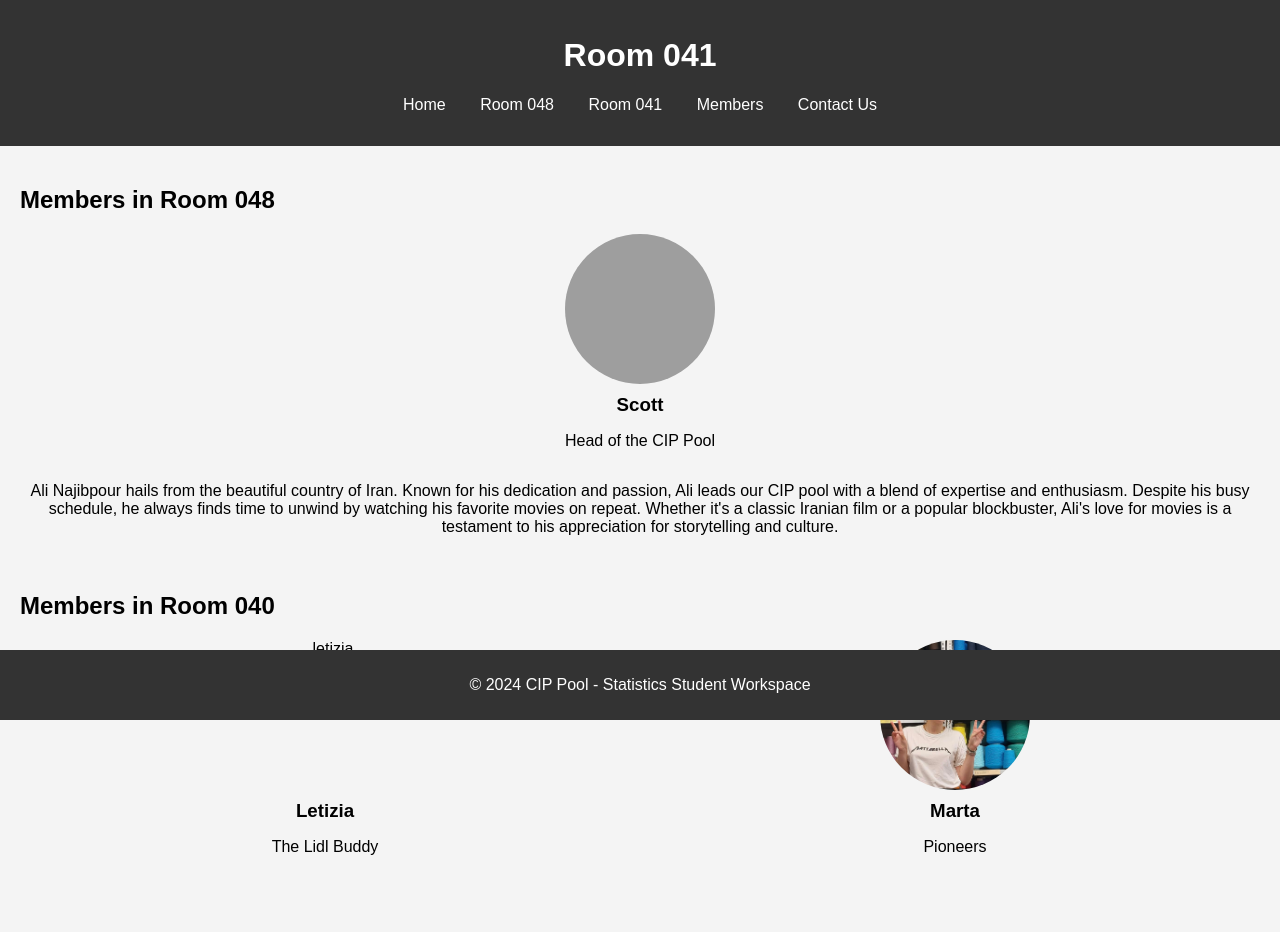
Repository: anjalisarawgi/cip_website
Page: room_041.html
These files come from the project's save history. The page is drawn as it stood at one moment and after the next save; the edit follows.
The browser window is 1280 px wide. The pictures show the whole page.
Pictures or frames that could not be fetched are drawn as grey boxes.

Above is the page before, as saved 2024-06-14 12:35:26.
Not found: images/letizia.jpeg

After the next save:
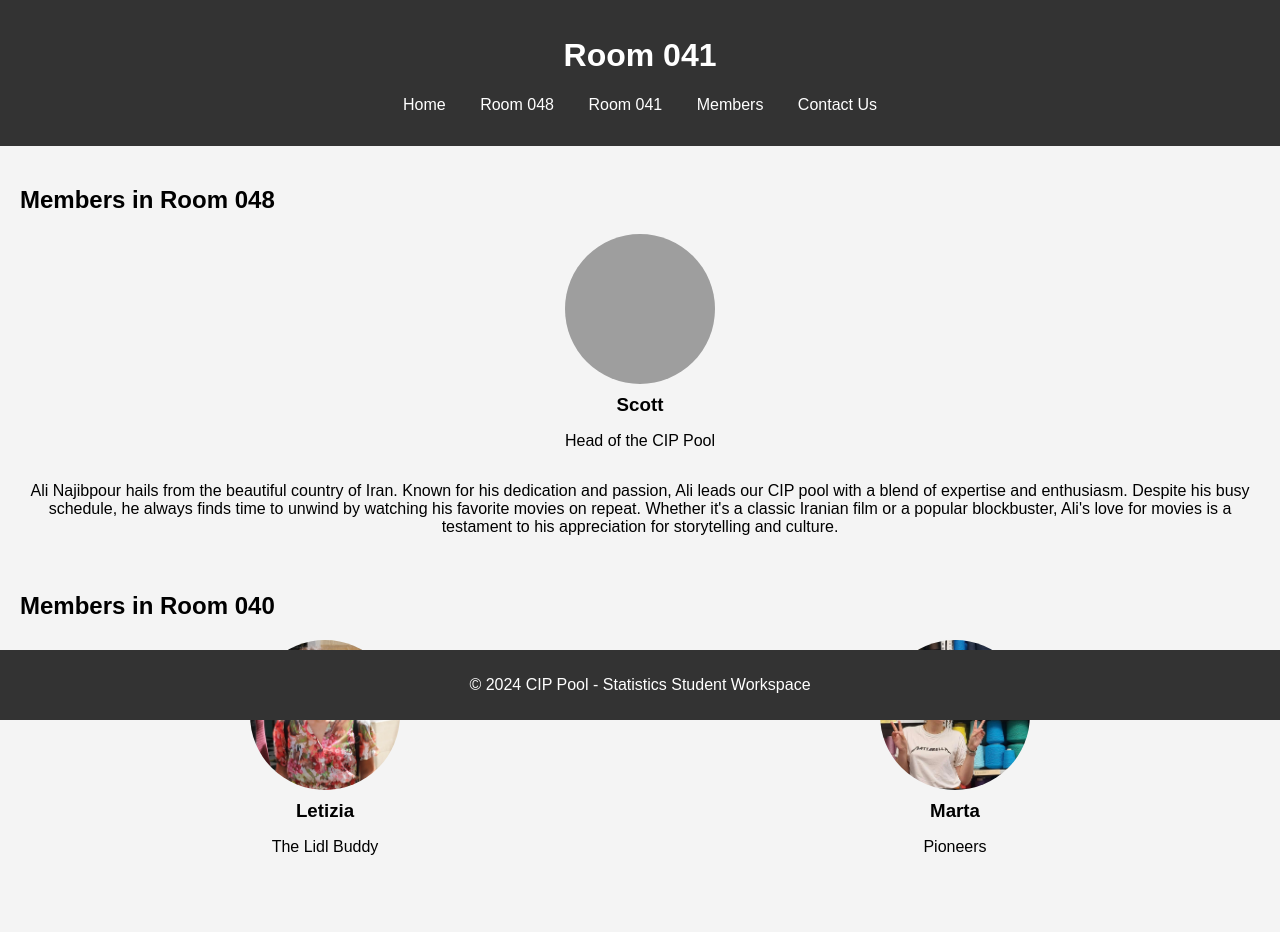
Saved 10 s later.
--- a/room_041.html
+++ b/room_041.html
@@ -37,7 +37,7 @@
             <h2>Members in Room 040</h2>
             <div class="members-grid">
                 <div class="member">
-                    <img src="images/letizia.jpeg" alt="letizia" class="member-photo">
+                    <img src="images/letizia.jpg" alt="letizia" class="member-photo">
                     <div class="member-info">
                         <h3>Letizia</h3>
                         <p>The Lidl Buddy</p>
